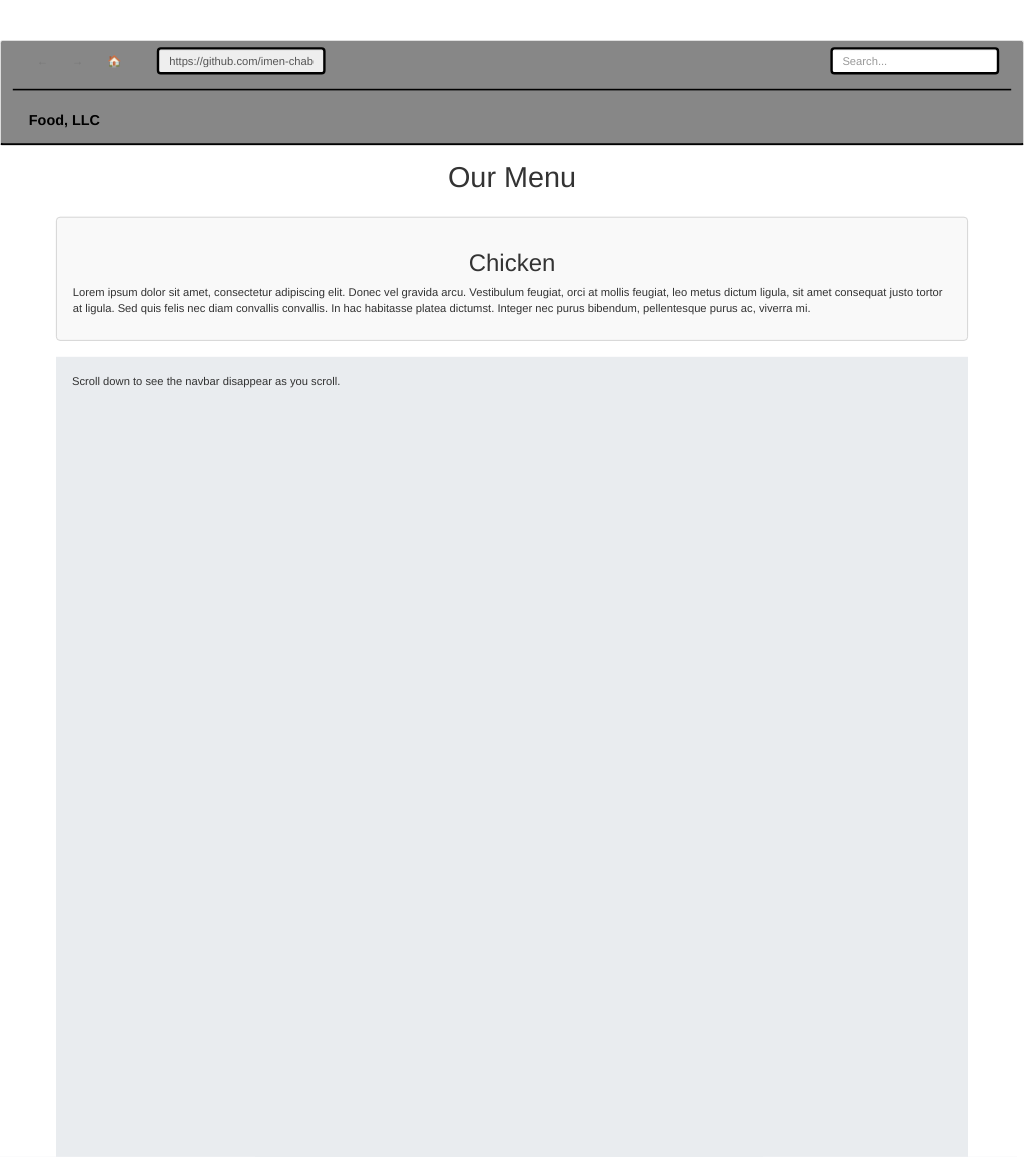
Repository: imen-chabchoub/coursera-test1
Page: mod3-solution/index.html
An editor plug-in stored every save of this project. The page is shown before and after the next save, followed by the edit.
The browser window is 1280 px wide. The pictures show the whole page, at 80% of full size.

Above is the page before, as saved 2025-02-12 15:30:15.

### mod3-solution/index.html
<!DOCTYPE html>
<html lang="en">
<head>
    <meta charset="UTF-8">
    <meta name="viewport" content="width=device-width, initial-scale=1.0">
    <title>Food, LLC</title>
    <link rel="stylesheet" href="https://maxcdn.bootstrapcdn.com/bootstrap/3.3.7/css/bootstrap.min.css">
    <link rel="stylesheet" href="css/style.css">
</head>
<body>
    <!-- Navbar -->
    <nav class="navbar navbar-default">
        <div class="container-fluid">
            <!-- Brand and toggle get grouped for better mobile display -->
            <div class="navbar-header">
                <button type="button" class="navbar-toggle collapsed" data-toggle="collapse" data-target="#navbar-collapse">
                    <span class="sr-only">Toggle navigation</span>
                    <span class="icon-bar"></span>
                    <span class="icon-bar"></span>
                    <span class="icon-bar"></span>
                </button>
            </div>

            <!-- Collect the nav links, forms, and other content for toggling -->
            <div class="collapse navbar-collapse" id="navbar-collapse">
                <ul class="nav navbar-nav visible-xs">
                    <li><a href="#">Chicken</a></li>
                    <li><a href="#">Beef</a></li>
                    <li><a href="#">Sushi</a></li>
                </ul>
                <ul class="nav navbar-nav hidden-xs">
                    <li><a href="#" class="nav-back">←</a></li>
                    <li><a href="#" class="nav-forward">→</a></li>
                    <li><a href="#" class="nav-home">🏠</a></li>
                </ul>
                <div class="navbar-form navbar-left hidden-xs">
                    <input type="text" class="form-control nav-url" value="https://github.com/imen-chabchoub/coursera-test/tree/module2-solution" readonly>
                </div>
                <div class="navbar-form navbar-right hidden-xs">
                    <input type="text" class="form-control search" placeholder="Search...">
                </div>
            </div><!-- /.navbar-collapse -->
            <div class="navbar-divider"></div>
            <span class="navbar-brand-text">Food, LLC</span>
        </div><!-- /.container-fluid -->
    </nav>

    <!-- Content -->
    <div class="container">
        <h1 class="text-center">Our Menu</h1>
        <div class="row">
            <div class="col-xs-12">
                <div class="menu-section">
                    <h2 class="text-center">Chicken</h2>
                    <p>Lorem ipsum dolor sit amet, consectetur adipiscing elit. Donec vel gravida arcu. Vestibulum feugiat, orci at mollis feugiat, leo metus dictum ligula, sit amet consequat justo tortor at ligula. Sed quis felis nec diam convallis convallis. In hac habitasse platea dictumst. Integer nec purus bibendum, pellentesque purus ac, viverra mi.</p>
                </div>
            </div>
        </div>
        <div class="row">
            <div class="col-xs-12">
                <div class="tall-section">
                    <p>Scroll down to see the navbar disappear as you scroll.</p>
                </div>
            </div>
        </div>
    </div>


    <script src="https://ajax.googleapis.com/ajax/libs/jquery/1.12.4/jquery.min.js"></script>
    <script src="https://maxcdn.bootstrapcdn.com/bootstrap/3.3.7/js/bootstrap.min.js"></script>
</body>
</html>

### mod3-solution/css/style.css
body {
    padding-top: 50px; /* Ensure the content does not overlap the navbar */
}

.navbar {
    margin-bottom: 0;
    background-color: #878787;
    border-bottom: black solid;
}

.navbar-divider {
    border-top: 2px solid black;
    margin-top: 10px;
    margin-bottom: 10px;
}

.navbar-text {
    text-align: center;
    width: 100%;
    padding-top: 10px;
}
.navbar-brand-text {
    font-weight: bold;
    color: black;
    font-size: 18px;
    padding: 15px 20px;
    display: inline-block;
}


.nav-url {
    width: 40%;
    margin: 0 15px;
    border: black solid;
    border-radius: 5px;
    font-size: 14px;
    background-color: #f0f0f0;
}

.search {
    width: 150px;
    border: black solid;
    border-radius: 5px;
}
.menu-section {
    border: 1px solid #ccc;
    padding: 20px;
    margin-top: 20px;
    border-radius: 5px;
    background-color: #f9f9f9;
}

.tall-section {
    height: 1000px;
    background-color: #e9ecef;
    margin-top: 20px;
    padding: 20px;
}

After the next save:
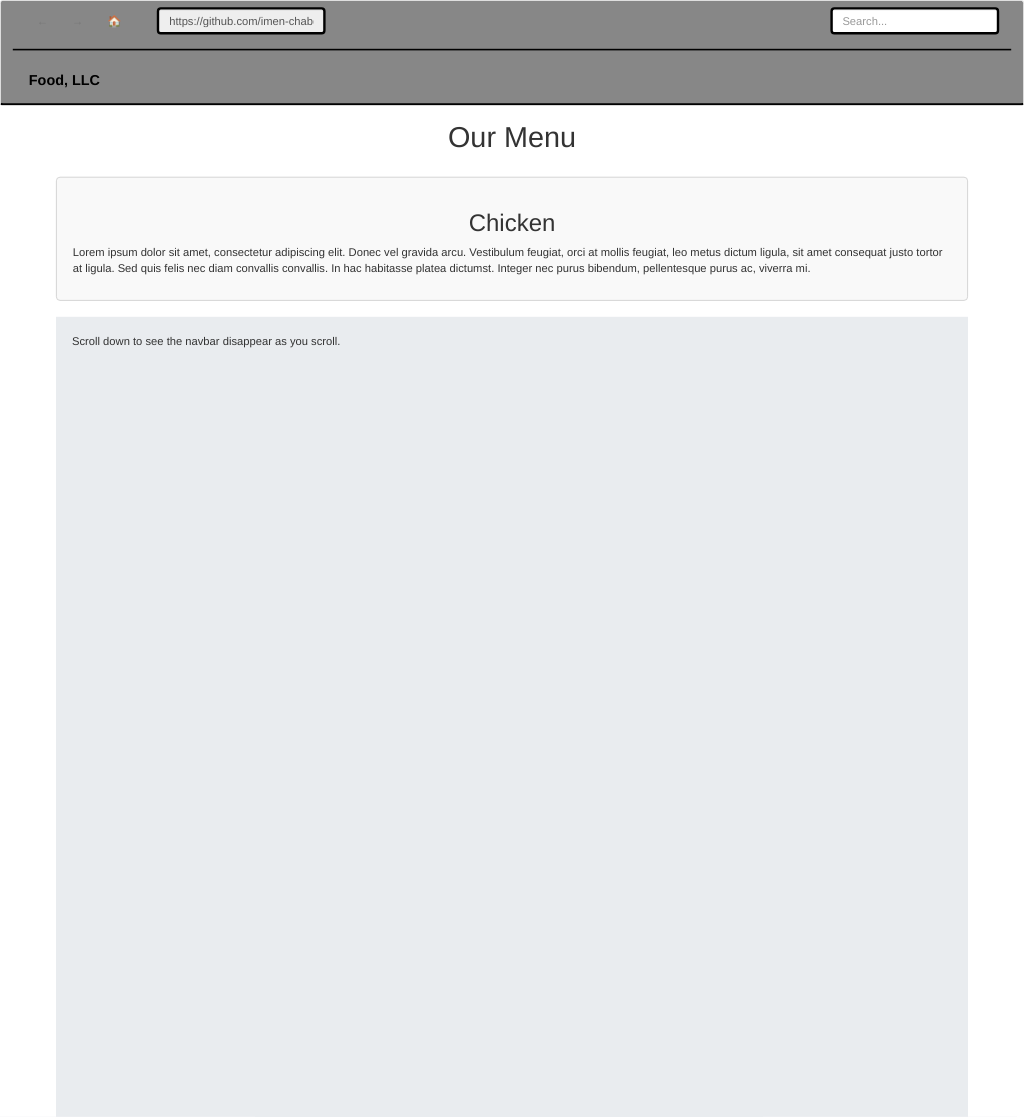
Saved 5 min 58 s later.
--- a/mod3-solution/css/style.css
+++ b/mod3-solution/css/style.css
@@ -1,6 +1,3 @@
-body {
-    padding-top: 50px; /* Ensure the content does not overlap the navbar */
-}
 
 .navbar {
     margin-bottom: 0;
